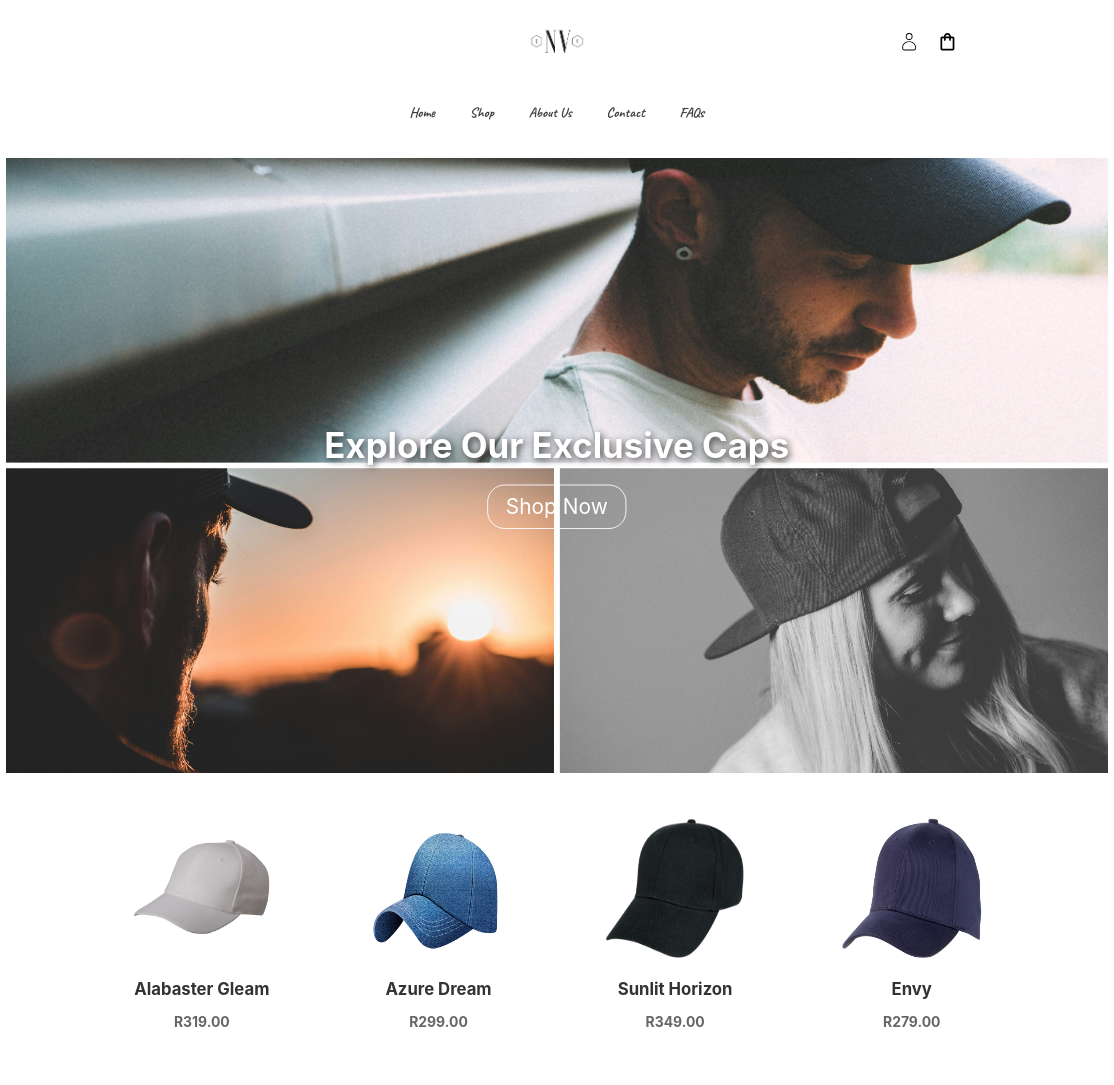
Repository: lasity34/new-envy
Page: / (app in my-new-envy/)
An editor plug-in stored every save of this project. The page is shown before and after the next save, followed by the edit.
The browser window is 1280 px wide. The pictures show the whole page, at 87% of full size.
The project was rebuilt for these pictures with package versions that can differ from the ones it lists, and the page was loaded fresh each time.

Above is the page before, as saved 2024-04-22 13:46:10.

### my-new-envy/public/index.html
<!DOCTYPE html>
<html lang="en">
  <head>
    <meta charset="utf-8" />
    <link rel="icon" href="%PUBLIC_URL%/logo.png" />
    <meta name="viewport" content="width=device-width, initial-scale=1" />
    <meta name="theme-color" content="#000000" />
    <meta
      name="description"
      content="Web site created using create-react-app"
    />
    <link rel="apple-touch-icon" href="%PUBLIC_URL%/logo.png" />
    <!--
      manifest.json provides metadata used when your web app is installed on a
      user's mobile device or desktop. See https://developers.google.com/web/fundamentals/web-app-manifest/
    -->
    <link rel="manifest" href="%PUBLIC_URL%/manifest.json" />
    <!--
      Notice the use of %PUBLIC_URL% in the tags above.
      It will be replaced with the URL of the `public` folder during the build.
      Only files inside the `public` folder can be referenced from the HTML.

      Unlike "/favicon.ico" or "favicon.ico", "%PUBLIC_URL%/favicon.ico" will
      work correctly both with client-side routing and a non-root public URL.
      Learn how to configure a non-root public URL by running `npm run build`.
    -->
    <link rel="preconnect" href="https://fonts.googleapis.com">
<link rel="preconnect" href="https://fonts.gstatic.com" crossorigin>
<link href="https://fonts.googleapis.com/css2?family=Crimson+Text:ital,wght@0,400;0,600;0,700;1,400;1,600;1,700&display=swap" rel="stylesheet">
<link href="https://fonts.googleapis.com/css2?family=Caveat:wght@400..700&display=swap" rel="stylesheet">
    <title>Envy</title>
  </head>
  <body>
    <noscript>You need to enable JavaScript to run this app.</noscript>
    <div id="root"></div>
    <!--
      This HTML file is a template.
      If you open it directly in the browser, you will see an empty page.

      You can add webfonts, meta tags, or analytics to this file.
      The build step will place the bundled scripts into the <body> tag.

      To begin the development, run `npm start` or `yarn start`.
      To create a production bundle, use `npm run build` or `yarn build`.
    -->
  </body>
</html>

### my-new-envy/src/App.tsx

import { BrowserRouter as Router } from 'react-router-dom';
import Header from './components/Header';
import HeroBanner from './components/HeroBanner';
import FeaturedProducts from './components/FeaturedProduct';


function App() {
  return (
    <Router>
      <div className="App">

          <Header />
          <HeroBanner />
          <FeaturedProducts />

      </div>
    </Router>
  );
}

export default App;

### my-new-envy/src/components/Header.tsx
import styled from "styled-components";
import { Link } from "react-router-dom";
import { CiUser } from "react-icons/ci";
import { MdOutlineShoppingBag } from "react-icons/md";

const HeaderContainer = styled.header`
  font-family: "Caveat", cursive;
  color: black;
  padding: 20px 0px;
  display: flex;
  justify-content: space-between;
  flex-direction: column;
  align-items: center; // Ensure everything in the header is centered
  width: 100%;
  text-align: center; // Centers the text elements within flex items
`;

const BannerContainer = styled.div`
  display: flex;
  justify-content: space-between;
  align-items: center;
  width: 100%;
`;

const SearchContainer = styled.div`
  flex: 1;
  display: flex; // Makes sure the search container can align its children
  justify-content: center; // Centering the search bar or content inside the container
`;

const LogoContainer = styled.div`
  flex: 1;
  display: flex;
  justify-content: center; // Ensure logo is centered
  align-items: center;
`;

const AccountCartContainer = styled.div`
  flex: 1;
  display: flex;
  justify-content: center; // Ensure icons are centered
  align-items: center;
`;

const IconNavLinks = styled.ul`
  display: flex;
  justify-content: center; // This will ensure icons are evenly spaced
  align-items: center;
  list-style: none;
  padding: 0; // Removes padding
  width: 100%; // Ensure it uses the full width available in the container
`;

const IconNavLink = styled.li`
  margin: 0 10px; // Spacing between icons
  a {
    color: black;
    text-decoration: none;
    font-size: 1.5rem;
    display: inline-block;

    &:hover {
      color: #f1c40f; // Color change on hover
    }
  }
`;

const Nav = styled.nav`
  width: 100%;
  display: flex;
  justify-content: center; // Center navigation links horizontally
  align-items: center;
  margin-top: 20px; // Added margin for spacing between banner and nav
`;

const NavLinks = styled.ul`
  list-style: none;
  display: flex;
  justify-content: center; // Ensures links are centered within the navigation
  align-items: center;
  padding: 0;
  width: 100%; // Full width to center all items properly
`;

const NavLink = styled.li`
  margin: 0 20px;
  a {
    color: #433f3e;
    text-decoration: none;
    font-weight: bold;
    position: relative;

    &::after {
      content: '';
      position: absolute;
      bottom: -5px;
      left: 50%;
      width: 0;
      height: 2px;
      background-color: black;
      transition: width 0.5s ease, left 0.5s ease;
      transform: translateX(-50%);
    }

    &:hover::after {
      width: 100%;
      transform: translateX(-50%);
    }
  }
`;

const CapImage = styled.img`
  width: 80px; // Adjust as needed
`;

const Header = () => {
  return (
    <HeaderContainer>
      <BannerContainer>
        <SearchContainer></SearchContainer>
        <LogoContainer>
          <Link to="/">
            <CapImage src="images/logo.png" alt="Queue Caps Logo" />
          </Link>
        </LogoContainer>
        <AccountCartContainer>
          <IconNavLinks>
            <IconNavLink>
              <Link to="/account">
                <CiUser />
              </Link>
            </IconNavLink>
            <IconNavLink>
              <Link to="/cart">
              <MdOutlineShoppingBag />
              </Link>
            </IconNavLink>
          </IconNavLinks>
        </AccountCartContainer>
      </BannerContainer>
      <Nav>
        <NavLinks>
          <NavLink><Link to="/">Home</Link></NavLink>
          <NavLink><Link to="/shop">Shop</Link></NavLink>
          <NavLink><Link to="/about">About Us</Link></NavLink>
          <NavLink><Link to="/contact">Contact</Link></NavLink>
          <NavLink><Link to="/faq">FAQs</Link></NavLink>
        </NavLinks>
      </Nav>
    </HeaderContainer>
  );
};

export default Header;

### my-new-envy/src/components/HeroBanner.tsx
import styled from 'styled-components';
import { Link } from 'react-router-dom';

const BannerContainer = styled.div`
  width: 100vw; // Ensures it takes the full viewport width
  height: 100vh; // Sets the height to full viewport height
  background-image: url('images/hero-background.png'); // Background image for the banner
  background-size: cover; // Ensures the background covers the entire area
  background-repeat: no-repeat; // No repetition of the background image
  background-position: center center; // Centers the background image
  display: flex;
  justify-content: center;
  align-items: center;
  flex-direction: column;
  text-align: center;
  color: white;
  position: relative; // Ensures proper positioning
`;

const Tagline = styled.h1`
  font-size: 2.5rem; // Large font size for main tagline
  margin-bottom: 20px; // Margin below the tagline
  text-shadow: 2px 2px 8px rgba(0,0,0,0.7); // Text shadow for better legibility
`;

const ShopButton = styled(Link)`
  padding: 10px 20px; // Padding for button size
  color: white; // Text color
  font-size: 1.5rem; // Font size for the text on the button
  font-weight: normal; // Normal font weight for thinner text appearance
  background-color: transparent; // Transparent background
  border: 1px solid white; // Thin white border
  border-radius: 20px; // Rounded corners for the button
  text-decoration: none; // No text decoration
  transition: background-color 0.3s, color 0.3s; // Smooth transition for hover effects

  &:hover {
    background-color: white;
    color: black; // Text color changes on hover
  }
`;

const HeroBanner = () => {
  return (
    <BannerContainer>
      <Tagline>Explore Our Exclusive Caps</Tagline>
      <ShopButton to="/shop">Shop Now</ShopButton>
    </BannerContainer>
  );
};

export default HeroBanner;

### my-new-envy/src/components/FeaturedProduct.tsx
// Assuming you are in FeaturedProducts.tsx or a similar file
import React from 'react';
import styled from 'styled-components';
import ProductCard from './ProductCard';
import { products } from '../data';  // This should correctly import the array of products
import { Product } from '../types';  // Importing the Product type definition

const ProductsContainer = styled.div`
    display: flex;
    flex-wrap: wrap;
    justify-content: center;
    gap: 20px; // Provides space between cards
    padding: 20px;
`;

const FeaturedProducts: React.FC = () => {
    return (
        <ProductsContainer>
            {products.map((product: Product) => (
                <ProductCard key={product.id} product={product} />
            ))}
        </ProductsContainer>
    );
};

export default FeaturedProducts;

### my-new-envy/src/components/ProductCard.tsx
// src/components/ProductCard.tsx
import React from 'react';
import styled from 'styled-components';
import { ProductCardProps } from '../types'; // Importing type definitions

const CardContainer = styled.div`
    padding: 16px;
    text-align: center;
    width: 200px; // Fixed width for grid display
    margin: 10px;

`;

const ProductImage = styled.img`
    width: 160px;  // Set specific width
    height: 160px; // Set specific height to maintain uniformity

    margin-bottom: 10px;
    border-radius: 4px; // Optional: rounds the corners of the image
`;

const ProductName = styled.h2`
    font-size: 1.2rem;
    color: #333;
    margin: 10px 0;  // Adds vertical spacing
`;

const ProductPrice = styled.p`
    font-size: 1rem;
    color: #666;
    font-weight: bold;  // Emphasizes the price
`;

const ProductCard: React.FC<ProductCardProps> = ({ product }) => {
    return (
        <CardContainer>
            <ProductImage src={product.imageUrl} alt={product.name} />
            <ProductName>{product.name}</ProductName>
            <ProductPrice>{product.price}.00</ProductPrice>
        </CardContainer>
    );
}

export default ProductCard;

### my-new-envy/src/data.ts
// src/data.ts
import { Product } from "./types";

export const products: Product[] = [
    {
        id: 'cap-alabaster-gleam',
        name: 'Alabaster Gleam',
        imageUrl: '/images/white-cap.png',
        price: 'R319'
    },
    {
        id: 'cap-azure-dream',
        name: 'Azure Dream',
        imageUrl: '/images/blue-cap.png',
        price: 'R299'
    },
    {
        id: 'cap-sunlit-horizon',
        name: 'Sunlit Horizon',
        imageUrl: '/images/black-cap.png',
        price: 'R349'
    },

    {
        id: 'cap-envy',
        name: 'Envy',
        imageUrl: '/images/dark-blue-cap.png',
        price: 'R279'
    }
];

Loaded but not shown: my-new-envy/src/index.tsx (common file); my-new-envy/src/index.css (common file); my-new-envy/src/reportWebVitals.ts (common file)

After the next save:
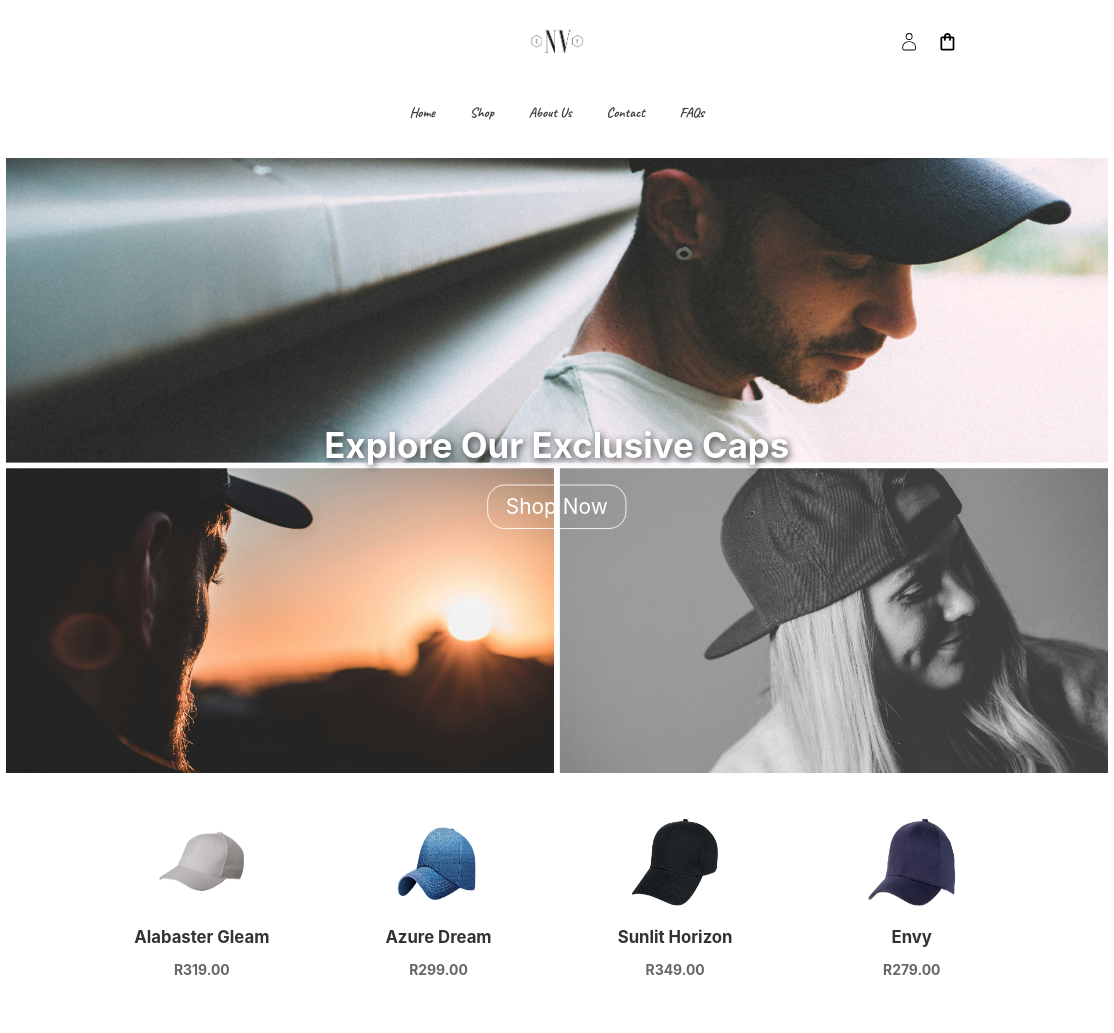
Saved 25 s later.
--- a/my-new-envy/src/components/ProductCard.tsx
+++ b/my-new-envy/src/components/ProductCard.tsx
@@ -12,9 +12,8 @@ const CardContainer = styled.div`
 `;
 
 const ProductImage = styled.img`
-    width: 160px;  // Set specific width
-    height: 160px; // Set specific height to maintain uniformity
-
+    width: 100px;  // Set specific width
+    height: 100px; // Set specific height to maintain uniformit
     margin-bottom: 10px;
     border-radius: 4px; // Optional: rounds the corners of the image
 `;
